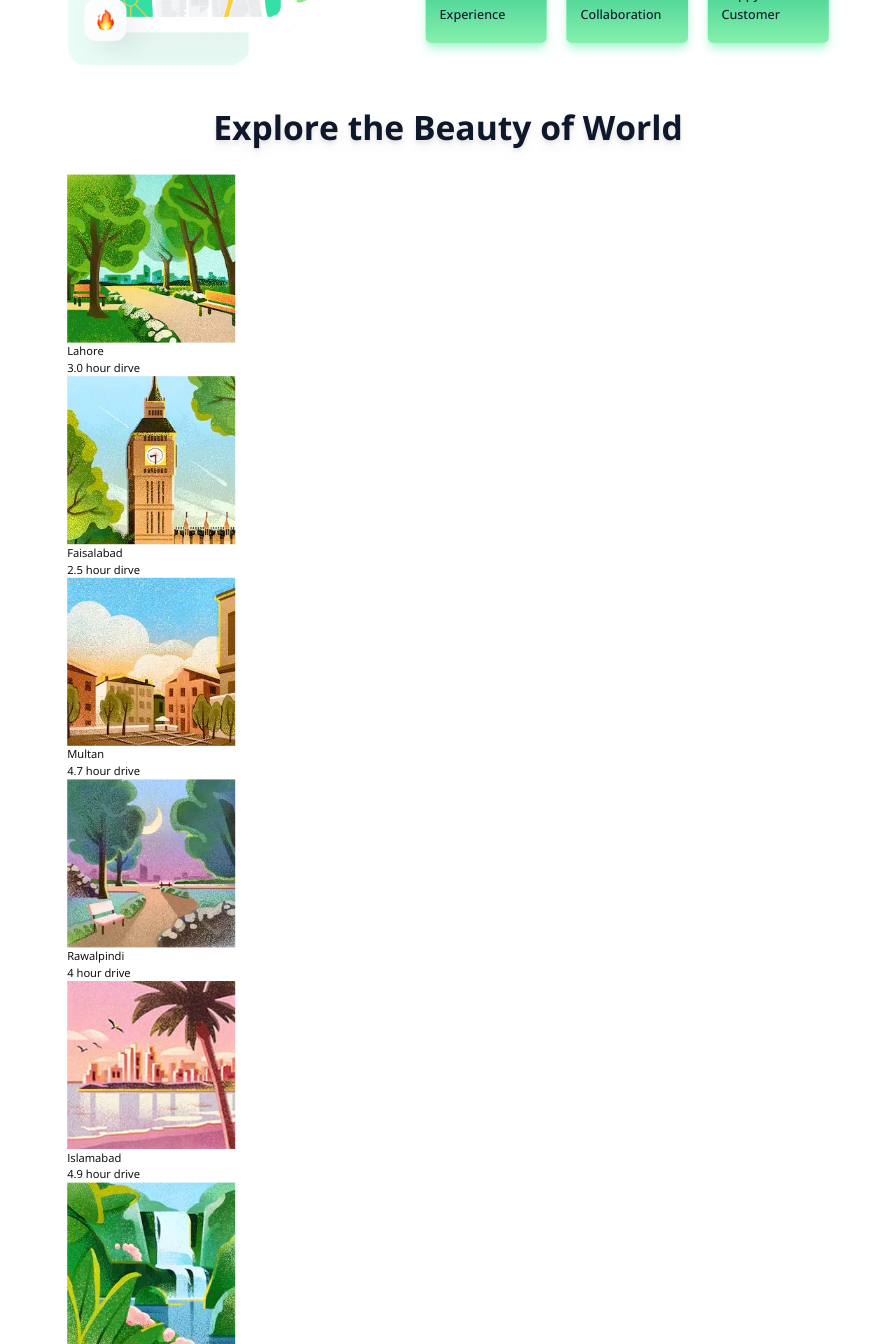
Repository: ThiAlbani83/travigo-travel-app
Page: /
An editor plug-in stored every save of this project. The page is shown before and after the next save, followed by the edit.
The browser window is 1280 px wide. The pictures show the part of the page from y = 1478 to 3398 px (the page is 4660 px tall before and 3060 px after), at 70% of full size.
The project was rebuilt for these pictures with package versions that can differ from the ones it lists, and the page was loaded fresh each time. Also part of the build but not shown: vite.config.js.

Above is the page before, as saved 2023-03-21 11:26:48.

### src/main.jsx
import React from 'react'
import ReactDOM from 'react-dom/client'
import App from './App'
import './index.css'
import { BrowserRouter } from 'react-router-dom'

ReactDOM.createRoot(document.getElementById('root')).render(
  <React.StrictMode>
    <BrowserRouter>
      <App />
    </BrowserRouter>

  </React.StrictMode>,
)

### src/App.jsx
import React from 'react'
import { Navbar, Hero, Footer, Memory, Explore } from './components'
import { hero, navlinks, memory, placesAPI } from './data/travigodata'

const App = () => {
  return (
    <>
      <Navbar navlinks={navlinks} />
      <Hero hero={hero}/>
      <Memory memory={memory} />
      <Explore title='Explore the Beauty of World' placesAPI={placesAPI} />
      <Footer />
    </>
  )
}

export default App

### src/index.css
@import url('https://fonts.googleapis.com/css2?family=Open+Sans:wght@300;400;500;600;700;800&display=swap');

@tailwind base;
@tailwind components;
@tailwind utilities;

@layer base {
    *{
        margin: 0;
        padding: 0;
        font-family: 'Open Sans', sans-serif;
    }


    .travigo-container {
        @apply w-[85vw] xl:w-[95vw] m-auto
    }


    .button-emerald {
        @apply bg-gradient-to-b from-emerald-500 to-green-500 shadow-lg shadow-emerald-400 rounded-full
        text-lg sm:text-sm px-9 py-1.5 transition-all duration-200 active:scale-90 text-white sm:w-48
    }

    .button-light {
        @apply bg-gradient-to-b from-white to-slate-100 shadow-lg rounded-full
        text-lg sm:text-sm px-9 py-1.5 transition-all duration-200 active:scale-90 text-black sm:w-48
    }

    .drop-shadow-emerald{
        filter: drop-shadow(0.1rem 0.1rem 1rem rgba(74 222 128 / 80%));
    }


    .showpopup {
        opacity: 1;
        visibility: visible;
        transform: skewY(0deg) translateY(10px);
    }

    .noshowpopup {
        opacity: 0;
        visibility: hidden;
        transform: skewY(3deg) translateY(-30px);
    }


}

### src/components/index.js
export { default as Navbar } from "./Navbar.jsx";
export { default as Hero } from "./Hero.jsx";
export { default as Memory } from "./Memory.jsx";
export { default as Explore } from "./Explore.jsx";
export { default as Footer } from "./Footer.jsx";

### src/data/travigodata.js
import dashboard from "../images/dashboard.png";
import memoryimg from "../images/memory.png";

import brand1 from "../images/brand1.png";
import brand2 from "../images/brand2.png";
import brand3 from "../images/brand3.png";
import brand4 from "../images/brand4.png";
import brand5 from "../images/brand5.png";

import place1 from "../images/img1.webp";
import place2 from "../images/img2.webp";
import place3 from "../images/img3.webp";
import place4 from "../images/img4.webp";
import place5 from "../images/img5.jpg";
import place6 from "../images/img6.webp";
import place7 from "../images/img7.webp";
import place8 from "../images/img8.webp";
import place9 from "../images/img9.webp";
import place10 from "../images/img10.webp";

import standardicon from "../images/standardicon.png";
import preminumicon from "../images/preminum.png";
import checkbox from "../images/checkbox.svg";
import uncheckbox from "../images/uncheckbox.svg";

import facebook from "../images/facebook.svg";
import instagram from "../images/instagram.svg";
import twitter from "../images/twitter.svg";
import youtube from "../images/youtube.svg";

import banner from "../images/banner.webp";

export const brands = [
  { iconSrc: brand1 },
  { iconSrc: brand2 },
  { iconSrc: brand3 },
  { iconSrc: brand4 },
  { iconSrc: brand5 },
];

export const navlinks = [
  { link: "Home", id: "home" },
  { link: "About", id: "about" },
  { link: "Explore", id: "explore" },
  { link: "Pricing", id: "pricing" },
  { link: "Contact", id: "contact" },
];

export const hero = {
  title: "Its a Gig World Out",
  subtitle: "Then, Go Explore",
  text: "We provide you always your dream places. We always make our customer happy by proving many choices.",
  btn1: "Get Started",
  btn2: "Get Demo",
  img: dashboard,
};

export const memory = {
  title: "Sweet Memories",
  subtitle: "Come To Life Again",
  text: "What we have always taken care for 10 years is always prioritizing the comfort of our users. So, do not our quality.",
  img: memoryimg,
  experience: [
    { number: "10", title: "Year Experience" },
    { number: "400", title: "Year Collaboration" },
    { number: "30k+", title: "Happy Customer" },
  ],
};

export const placesAPI = [
  { placeImg: place1, location: "Lahore", distance: "3.0 hour dirve" },
  { placeImg: place2, location: "Faisalabad", distance: "2.5 hour dirve" },
  { placeImg: place3, location: "Multan", distance: "4.7 hour drive" },
  { placeImg: place4, location: "Rawalpindi", distance: "4 hour drive" },
  { placeImg: place5, location: "Islamabad", distance: "4.9 hour drive" },
  { placeImg: place6, location: "Muree", distance: "4.5 hour drive" },
  { placeImg: place7, location: "Nathia Gali", distance: "5.5 hour drive" },
  { placeImg: place8, location: "Ayubia Gali", distance: "5.1 hour drive" },
  { placeImg: place9, location: "Bhurban", distance: "5.1 hour drive" },
  { placeImg: place10, location: "Gilgit", distance: "5.1 hour drive" },
];

export const pricingapi = {
  title: "Choose The Plan That Suits You",
  text: "Many attractive offers by becomming a premium member",
  btn1: "Monthly",
  btn2: "Yearly",
  plans: [
    {
      planicon: standardicon,
      title: "Standard Membership",
      text: "Suitable for all users",
      plantype: "Free / Year",
      plancontent: [
        { iconbox: checkbox, text: "Find Popular Destination" },
        { iconbox: checkbox, text: "Priority Booking Schedule" },
        { iconbox: checkbox, text: "Daily Destination News" },
        { iconbox: uncheckbox, text: "Invite Friends Feature" },
        { iconbox: uncheckbox, text: "Limited Travel Stats" },
        { iconbox: uncheckbox, text: "Invite Friends Feature" },
        { iconbox: uncheckbox, text: "No Ads & Tax" },
      ],
      buttonText: "Get Free",
    },
    {
      planicon: preminumicon,
      title: "Preminum Membership",
      text: "Suitable for enthusiast travelers",
      plantype: "$60 / Year",
      plancontent: [
        { iconbox: checkbox, text: "Find Popular Destination" },
        { iconbox: checkbox, text: "Priority Booking Schedule" },
        { iconbox: checkbox, text: "Daily Destination News" },
        { iconbox: checkbox, text: "Invite Friends Feature" },
        { iconbox: checkbox, text: "Advanced Travel Stats" },
        { iconbox: checkbox, text: "Invite Friends Feature" },
        { iconbox: checkbox, text: "No Ads & Tax" },
      ],
      buttonText: "Get Started",
    },
  ],
};

export const bannerAPI = {
  title: "The Greet Outdoors",
  text: "Whislist Curated By Travigo.",
  imgSrc: banner,
  btnText: "Explore More",
};

export const footerAPI = {
  titles: [{ title: "About" }, { title: "Company" }, { title: "Support" }],
  links: [
    [
      { link: "About US" },
      { link: "Features" },
      { link: "News" },
      { link: "Menu" },
    ],
    [
      { link: "Why Travigo?" },
      { link: "Partner with Us" },
      { link: "FAQ" },
      { link: "Blog" },
    ],
    [
      { link: "Account" },
      { link: "Support Center" },
      { link: "Feedback" },
      { link: "Contact Us" },
      { link: "Accesbility" },
    ],
  ],
  sociallinks: [
    { icon: facebook },
    { icon: instagram },
    { icon: twitter },
    { icon: youtube },
  ],
};

### src/components/Navbar.jsx
import React, { useState } from 'react'
import { NavLink } from 'react-router-dom'
import logo from '../images/logo.png'
import menu from '../images/menu.svg'
import PopupMenu from './PopupMenu'

const Navbar = ({ navlinks }) => {

  const [popupState, setPopupState] = useState(false)
  const onTriggerPopup = () => setPopupState(!popupState)

  return (
    <>
      <header className='flex items-center justify-center w-auto h-auto absolute top-7 left-0 right-0'>
        <nav className='flex items-center justify-between travigo-container'>
          <NavLink to={'/'} className='flex items-center' >
            <img src={logo} alt="logo/img" className=' w-20 h-9 object-fill' />
          </NavLink>
          <ul className='flex items-center lg:hidden gap-7'>
            {navlinks?.map((val, index) => (
              <li key={index}>
                <NavLink to={'#'} className='text-lg text-slate-900'>{val.link}</NavLink>
              </li>
            ))}
          </ul>
          <ul className='flex items-center lg:hidden'>
            <li><button type='button' className='button-emerald px-7 text-base py-1'>Join Us</button></li>
          </ul>
          <ul className='hidden lg:flex items-center'>
            <li>
              <button
              onClick={onTriggerPopup}
              type='button' className='flex items-center justify-center transition-all duration-200 active:scale-90 cursor-pointer'>
                <img src={menu} alt="menu/svg" className='object-cover shadow-sm filter' />
              </button>
            </li>
          </ul>
        </nav>
      </header>
      <PopupMenu navlinks={navlinks} popupState={popupState}/>
    </>
  )
}

export default Navbar

### src/components/Hero.jsx
import React from 'react'

const Hero = ({hero: {title, subtitle, btn1, btn2, text, img}}) => {
  return (
    <>
      <div className='flex flex-col bg-gradient-to-b from-emerald-200 to-white h-auto w-auto'>
        <div className='travigo-container grid items-start justify-items-center'>
          <div className='grid items-center justify-items-center mt-36 mb-16 md:mt-28 md:mb-12'>
            <h1 className='text-7xl font-bold lg:text-6xl md:text-5xl sm:text4xl xsm:text-3xl text-black filter drop-shadow-lg'>{title}</h1>
            <h1 className='text-7xl font-bold lg:text-6xl md:text-5xl sm:text4xl xsm:text-3xl text-black filter drop-shadow-lg'>{subtitle}</h1>
            <p className='text-base my-5 text-center sm:text-sm'>{text}</p>
            <div className='flex items-center justify-center gap-11 sm:gap-3 sm:flex-col sm:w-full'>
              <button type='button' className='button-emerald'>{btn1}</button>
              <button type='button' className='button-light'>{btn2}</button>
            </div>
          </div>
          <div className='flex items-center justify-center mb-11'>
            <img src={img} alt="dashboard/img" className='h-[85vh] w-full object-fill lg:h-[75vh] md:h-[57vh] sm:h-[35vh]
            sm:object-contain drop-shadow-emerald'/>
          </div>
        </div>
      </div>
    </>
  )
}

export default Hero

### src/components/Memory.jsx
import React from 'react'

const Memory = ({memory: {title, text, subtitle, img, experience}}) => {
  return (
    <>
        <div className='relative my-16 md:mb-7'>
            <div className='travigo-container flex items-center justify-between gap-16 xl:gap-9 lg:flex-col-reverse'>
                <div className='flex items-center justify-start lg:justify-center w-full max-w-md'>
                    <img src={img} alt="memory/img" className='w-auto h-[55vh] object-fill' />
                </div>
                <div className='grid items-center w-full max-w-2xl lg:text-center'>
                    <h1 className=' text-5xl lg:text-4xl md:text-3xl text-slate-900 filter drop-shadow-lg'>{title}</h1>
                    <h1 className=' text-5xl lg:text-4xl md:text-3xl text-slate-900 filter drop-shadow-lg'>{subtitle}</h1>
                    <p className='text-base my-5 sm:text-sm'>{text}</p>
                    <div className='grid items-center grid-cols-3 gap-7 xl:gap-3'>
                        {experience?.map((val, index) => (
                            <div key={index} className='bg-gradient-to-b from-emerald-500 to-green-300 shadow-lg
                            shadow-emerald-200 rounded-lg h-auto w-auto flex items-center justify-center
                            flex-col text-slate-900 py-7 px-5 xl:p-5 filter cursor-pointer hover:scale-105  duration-300 transition-all'>
                                <h1 className='text-3xl xl:text-2xl sm:text-xl font-bold drop-shadow-lg'>
                                    {val.number}
                                </h1>
                                <p className='text-lg xl:text-base sm:text-sm xsm:text-xs font-medium'>
                                    {val.title}
                                </p>
                            </div>
                        ))}
                    </div>
                </div>
            </div>
        </div>
    </>
  )
}

export default Memory

### src/components/Explore.jsx
import React from 'react'

const Explore = ({ title, placesAPI }) => {
    return (
        <>
            <div className='relative my-7 md:mt-3'>
                <div className='travigo-container'>
                    <div className='flex items-center justify-center text-center mb-11 md:mb-7'>
                        <h1 className='text-5xl lg:text-4xl md:text-3xl sm:text-2xl xsm:text-xl font-bold filter drop-shadow-lg text-slate-900'>{title}</h1>
                    </div>
                    <div className=''>
                        {placesAPI?.map((val, index) => (
                            <div key={index}>
                                <div className='flex items-center'>
                                    <img src={val.placeImg}
                                    alt={val.location}
                                    className=''/>
                                </div>
                                <div className=''>
                                    <h1>{val.location}</h1>
                                    <p>{val.distance}</p>
                                </div>
                            </div>
                        ))}
                    </div>
                </div>
            </div>
        </>
    )
}

export default Explore

### src/components/PopupMenu.jsx
import React from 'react'
import { NavLink } from 'react-router-dom'

const PopupMenu = ({ navlinks, popupState }) => {
    return (
        <>
            <nav className={`fixed top-14 right-14 bg-white bg-opacity-70 opacity-100 z-50 backdrop-filter
        backdrop-blur-md rounded-lg w-44 h-auto py-5 px-6 hidden lg:flex items-center
        justify-center transition-transform duration-300 ${popupState ? 'lg:showpopup' : 'noshowpopup'}`}>
                <ul className='flex items-start flex-col gap-3'>
                    {navlinks?.map((val, index) => (
                        <li>
                            <NavLink to={`#`}>
                                {val.link}
                            </NavLink>
                        </li>
                    ))}
                    <li>
                        <button type='button' className='button-light sm:w-auto rounded-lg shadow-slate-300'>
                            Join Us
                        </button>
                    </li>
                </ul>
            </nav>
        </>
    )
}

export default PopupMenu

### tailwind.config.cjs
/** @type {import('tailwindcss').Config} */
module.exports = {
  content: [
    "./index.html",
    "./src/**/*.{js,ts,jsx,tsx}",
  ],
  theme: {
    extend: {},
    screens: {
      'xl': {'max':'1200px'},
      'lg': {'max':'991px'},
      'md': {'max':'767px'},
      'sm': {'max':'550px'},
      'xsm': {'max':'425px'},

    }
  },
  plugins: [],
}

Loaded but not shown: index.html (common file); src/components/Footer.jsx (common file)

After the next save:
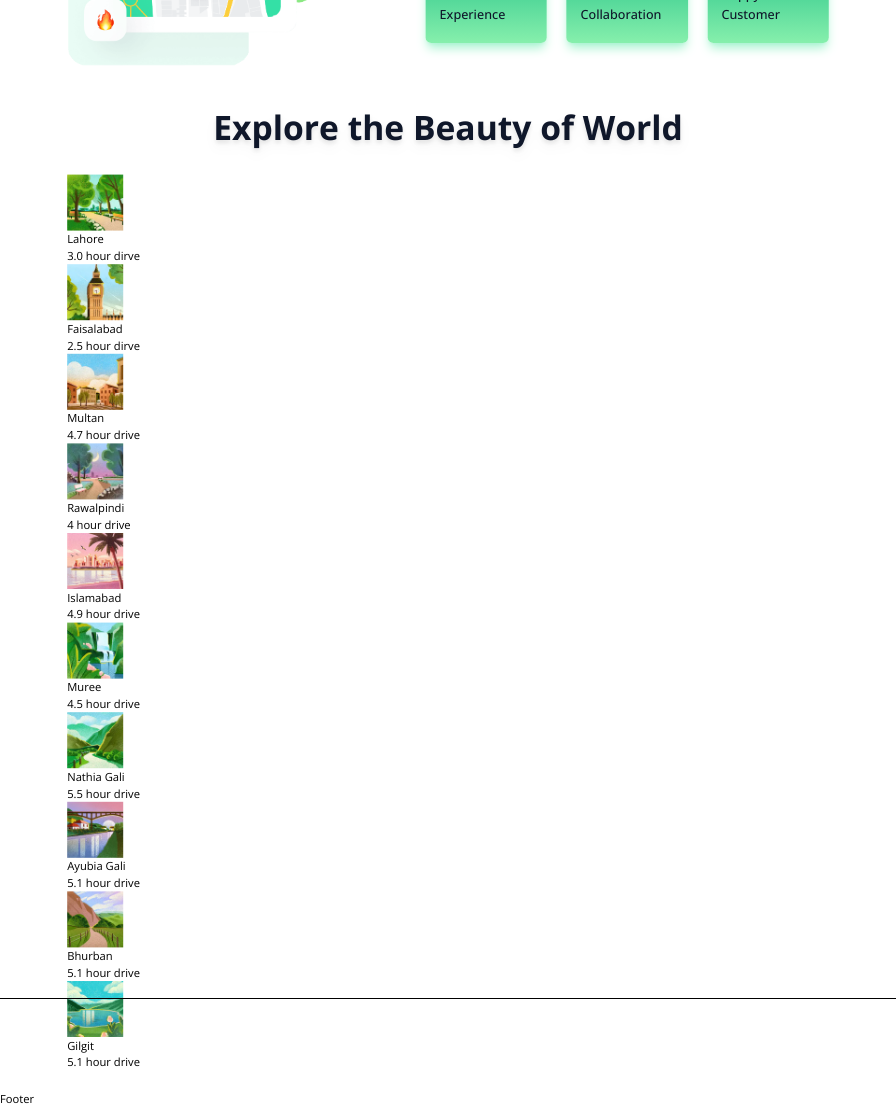
Saved 15 s later.
--- a/src/components/Explore.jsx
+++ b/src/components/Explore.jsx
@@ -14,7 +14,7 @@
                                 <div className='flex items-center'>
                                     <img src={val.placeImg}
                                     alt={val.location}
-                                    className=''/>
+                                    className='w-20 h-20'/>
                                 </div>
                                 <div className=''>
                                     <h1>{val.location}</h1>
